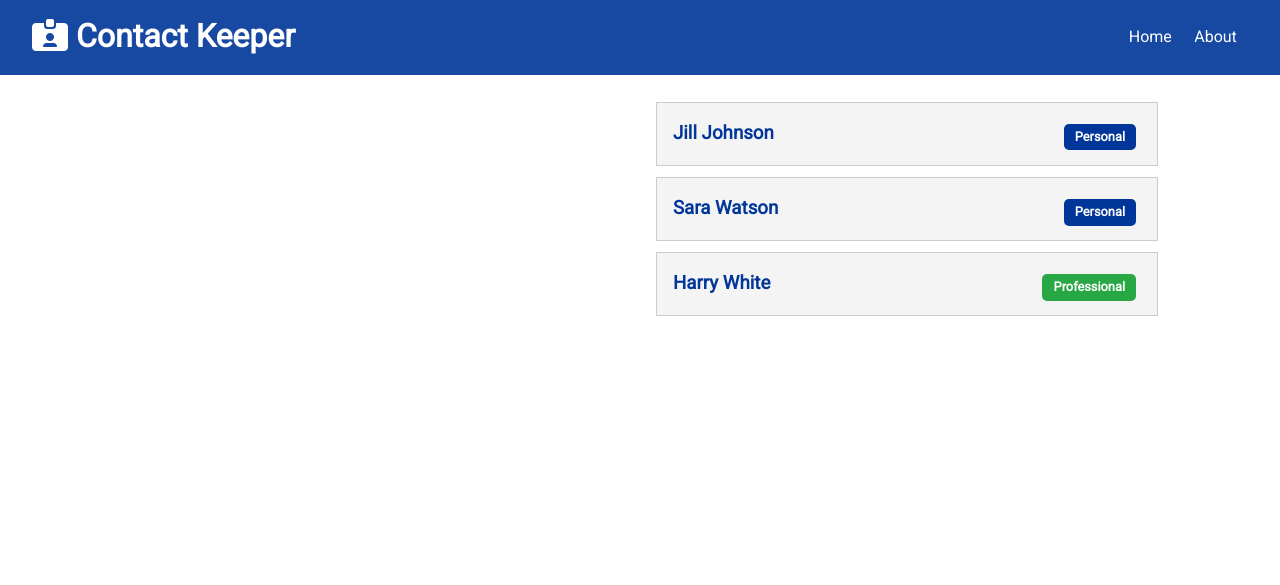
Repository: michaelm602623/contactKeeper
Page: / (app in client/)
An editor plug-in stored every save of this project. The page is shown before and after the next save, followed by the edit.
The browser window is 1280 px wide. The pictures show the whole page.
Some web libraries are served in a nearby version. The project was rebuilt for these pictures with package versions that can differ from the ones it lists, and the page was loaded fresh each time. A package was used in the major version that the imports need, not the one package.json lists. Also part of the build but not shown: client/src/components/pages/About.js.

Above is the page before, as saved 2019-11-21 12:04:32.

After the next save:
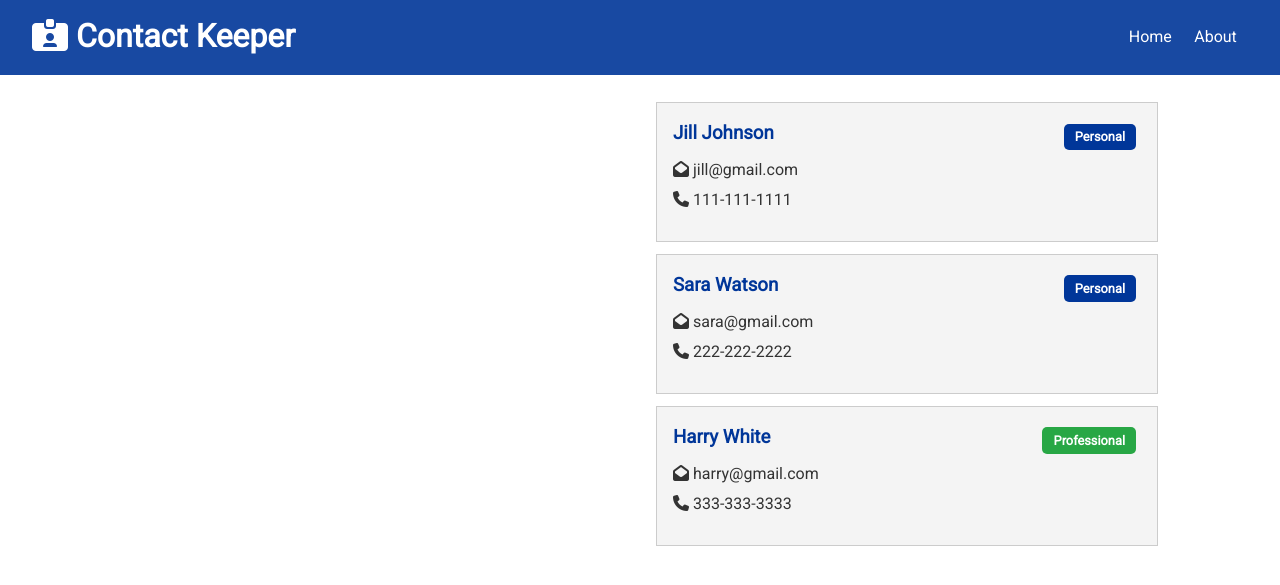
Saved 5 min 34 s later.
--- a/client/src/components/contacts/ContactItem.js
+++ b/client/src/components/contacts/ContactItem.js
@@ -15,6 +15,14 @@
           {type.charAt(0).toUpperCase() + type.slice(1)}
         </span>
       </h3>
+      <ul className="list">
+          {email && (<li>
+              <i className="fas fa-envelope-open" /> {email}
+          </li>)}
+          {phone && (<li>
+              <i className="fas fa-phone" /> {phone}
+          </li>)}
+      </ul>
     </div>
   );
 };
